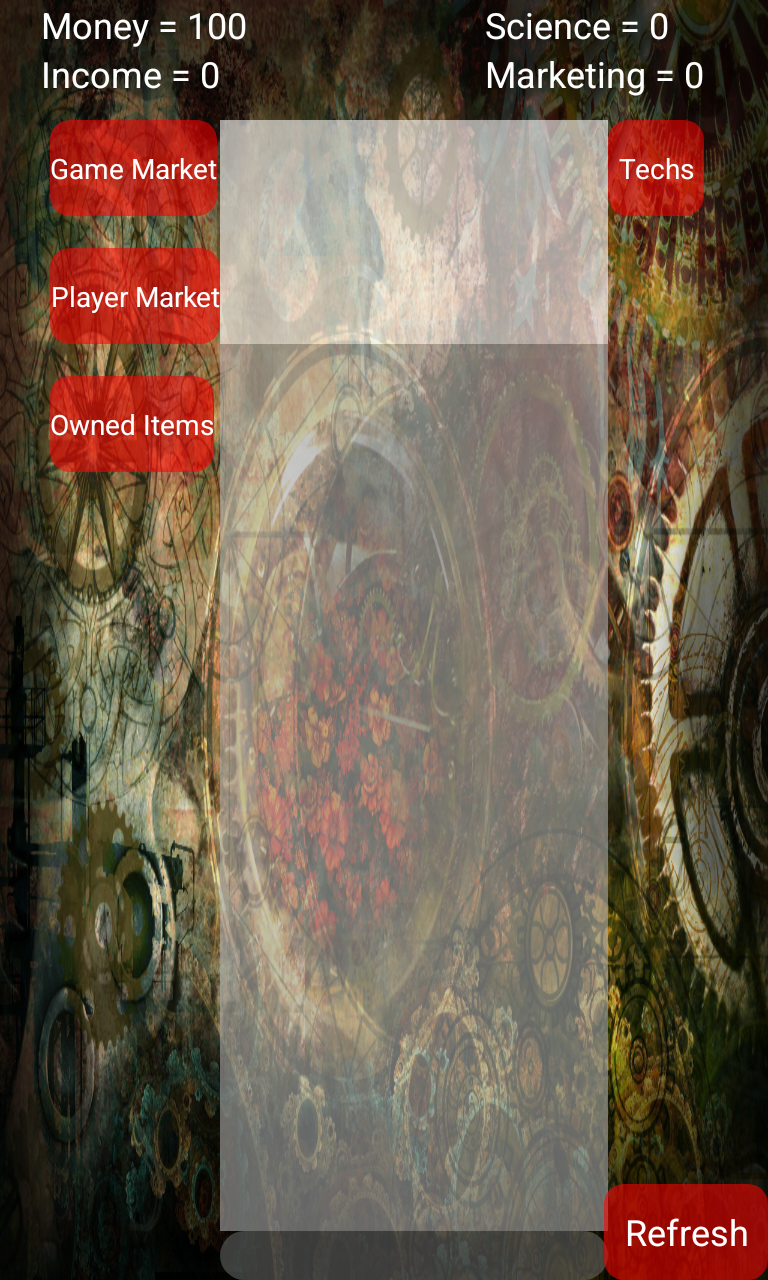
Repository: jkrepps/CSCE-482
Layout: Mobile Client (eclipse)/Industry of Deciet/res/layout/activity_hudscreen.xml
These files come from the project's save history. The layout is drawn as it stood at one moment and after the next save; the edit follows.
It is drawn on a 768 x 1280 px phone screen (xhdpi) without system bars, with theme AppTheme; the app's code is not run.

Above is the layout before, as saved 2014-12-04 07:40:59.

After the next save:
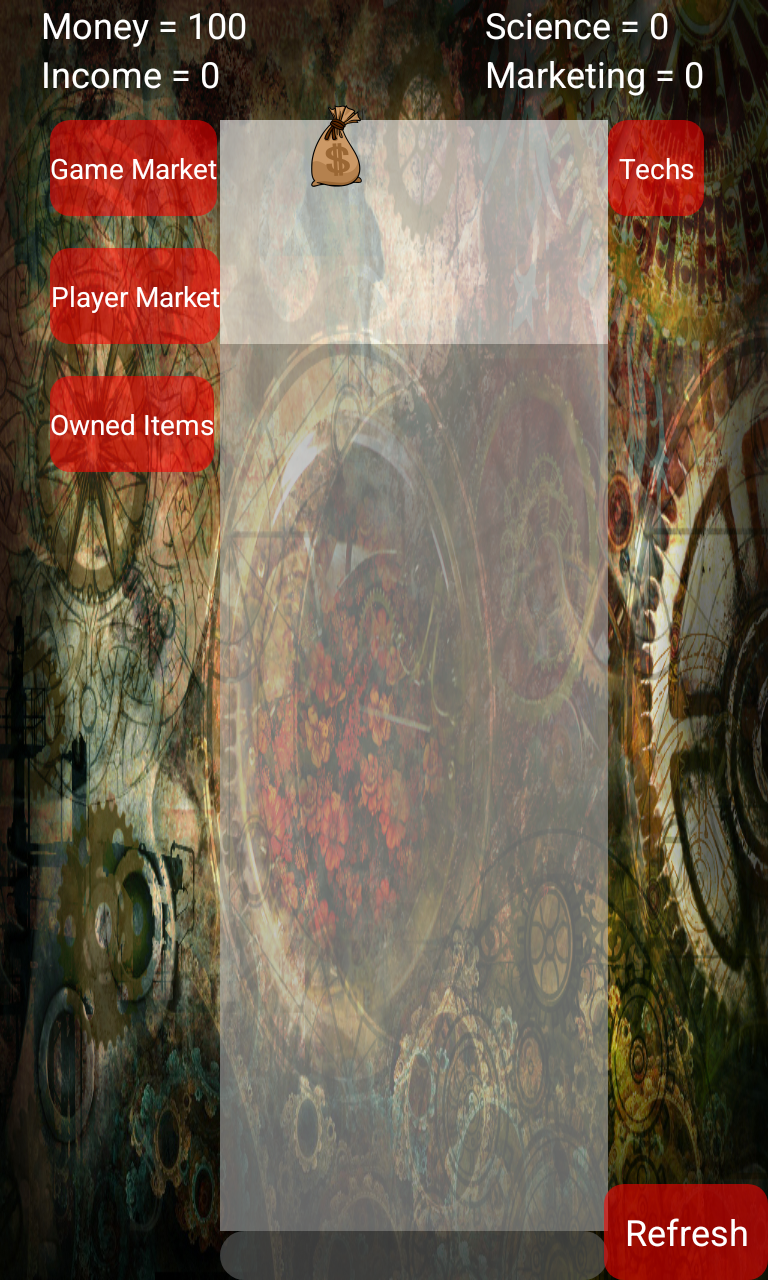
Saved 4 min 18 s later.
--- a/Mobile Client (eclipse)/Industry of Deciet/res/layout/activity_hudscreen.xml
+++ b/Mobile Client (eclipse)/Industry of Deciet/res/layout/activity_hudscreen.xml
@@ -163,6 +163,15 @@
             android:textAppearance="?android:attr/textAppearanceMedium"
             android:textColor="#FFFFFF" />
 
+        <ImageView
+            android:id="@+id/imageView1"
+            android:layout_width="wrap_content"
+            android:layout_height="wrap_content"
+            android:layout_below="@+id/textView3"
+            android:layout_marginLeft="21dp"
+            android:layout_toRightOf="@+id/textView1"
+            android:src="@drawable/moneybags" />
+
     </RelativeLayout>
 
 </LinearLayout>
